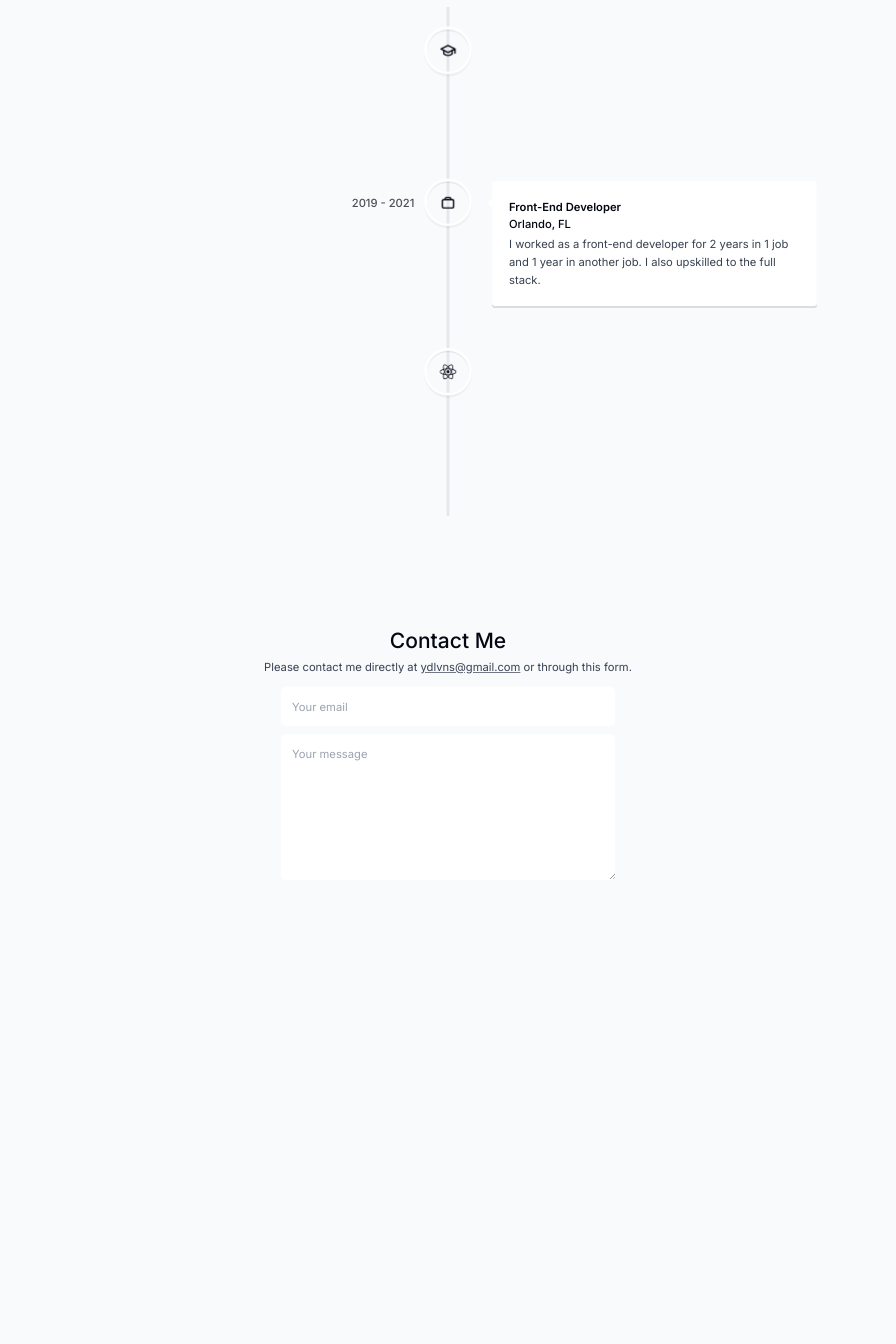
Repository: Tracy-maker/portfolio_website
Page: /
These files come from the project's save history. The page is drawn as it stood at one moment and after the next save; the edit follows.
The browser window is 1280 px wide. The pictures show the part of the page from y = 3080 to 5000 px (the page is 5000 px tall), at 70% of full size.
The project was rebuilt for these pictures with package versions that can differ from the ones it lists, and the page was loaded fresh each time. The framework's server and built-in components were replaced by stand-ins that run in the browser. Also part of the build but not shown: next.config.js.

Above is the page before, as saved 2023-10-09 14:26:10.

After the next save:
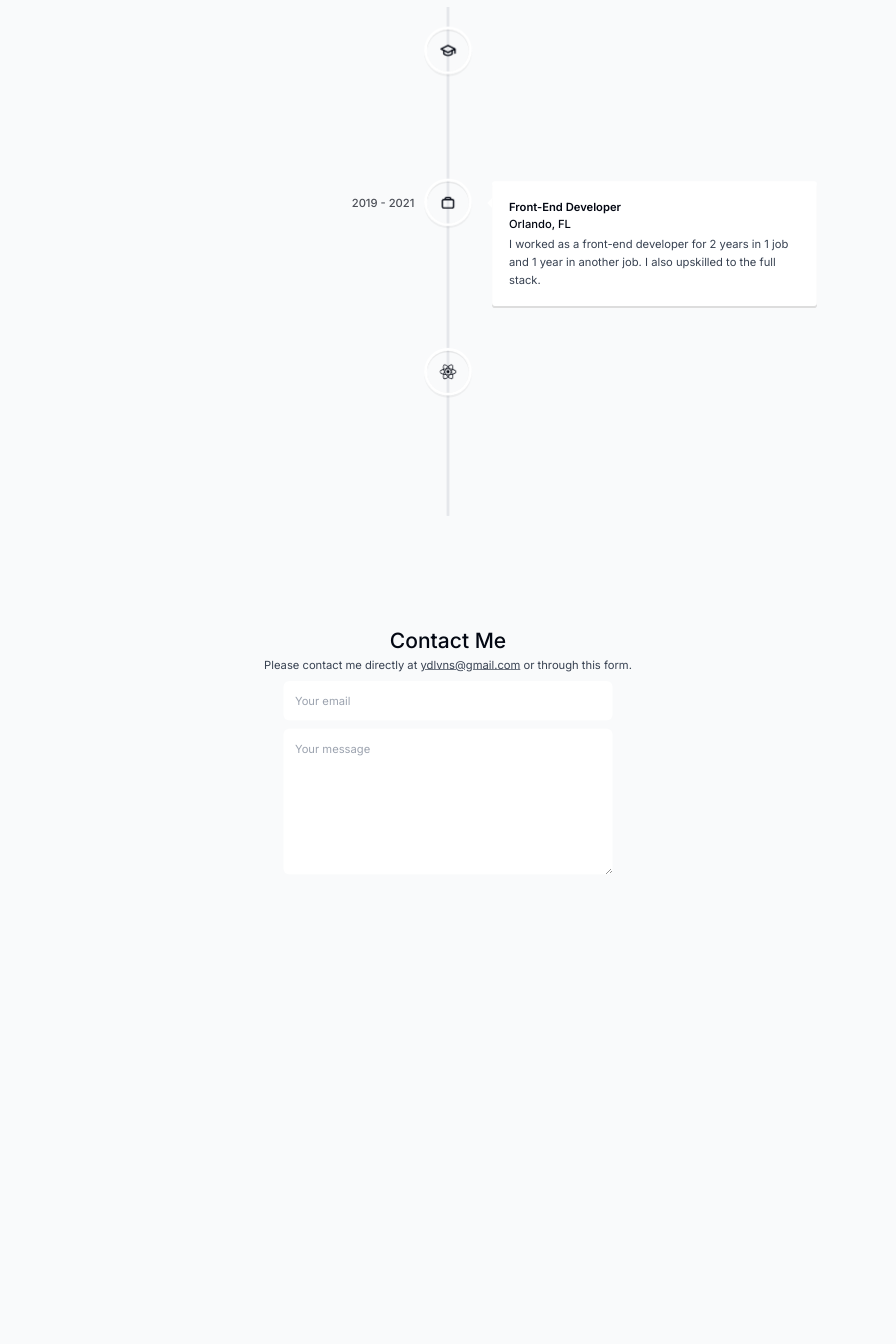
Saved 3 min 19 s later.
--- a/components/contact.tsx
+++ b/components/contact.tsx
@@ -16,7 +16,7 @@
     >
       <SectionHeading>Contact Me</SectionHeading>
 
-      <p className="text-gray-700 -m-6 dark:text-white/80">
+      <p className="text-gray-700 -m-7 dark:text-white/80">
         Please contact me directly at{" "}
         <a className="underline" href="mailto:ydlvns@gmail.com">
           ydlvns@gmail.com

After the save that followed:
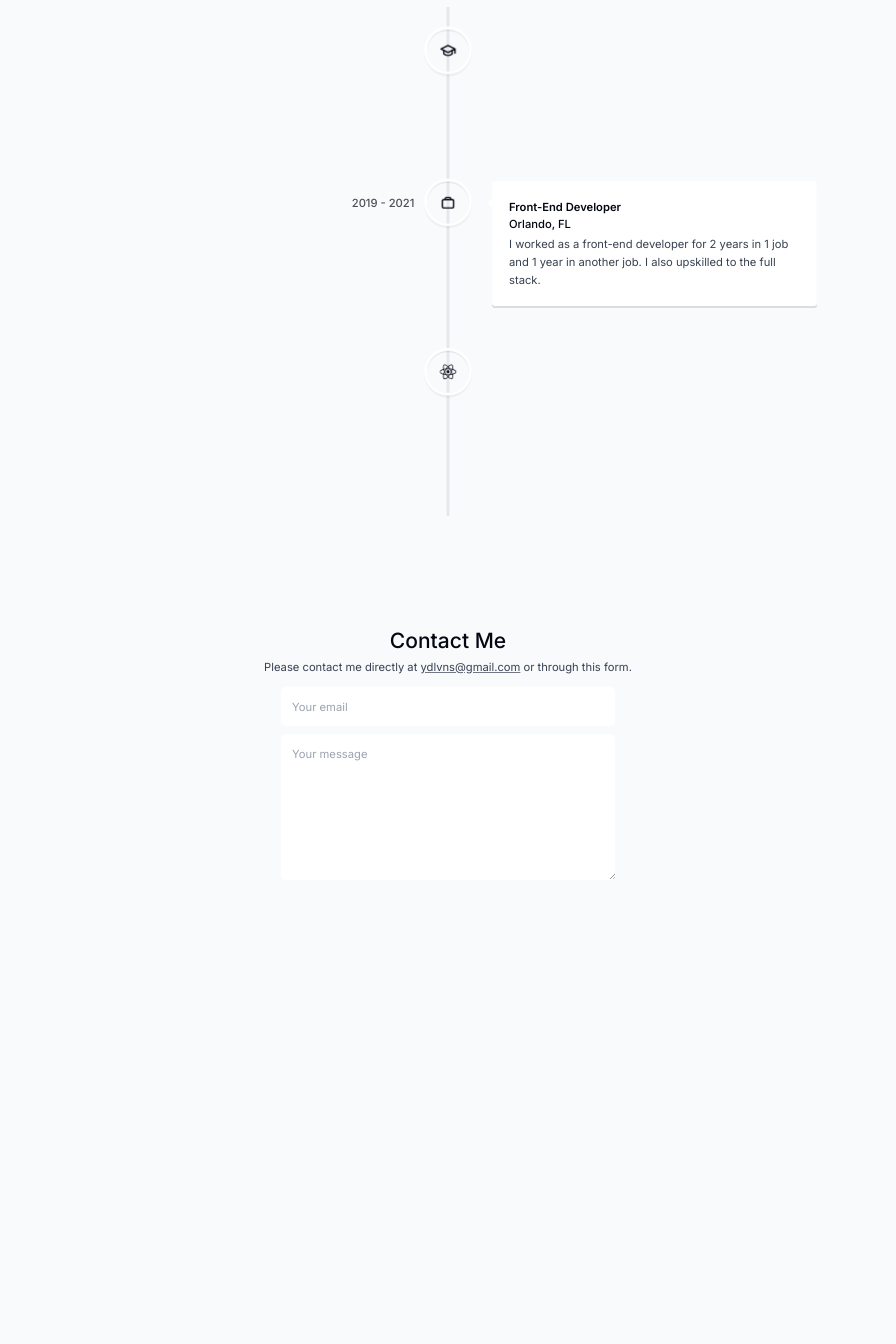
Saved 6 s later.
--- a/components/contact.tsx
+++ b/components/contact.tsx
@@ -16,7 +16,7 @@
     >
       <SectionHeading>Contact Me</SectionHeading>
 
-      <p className="text-gray-700 -m-7 dark:text-white/80">
+      <p className="text-gray-700 -m-6 dark:text-white/80">
         Please contact me directly at{" "}
         <a className="underline" href="mailto:ydlvns@gmail.com">
           ydlvns@gmail.com
